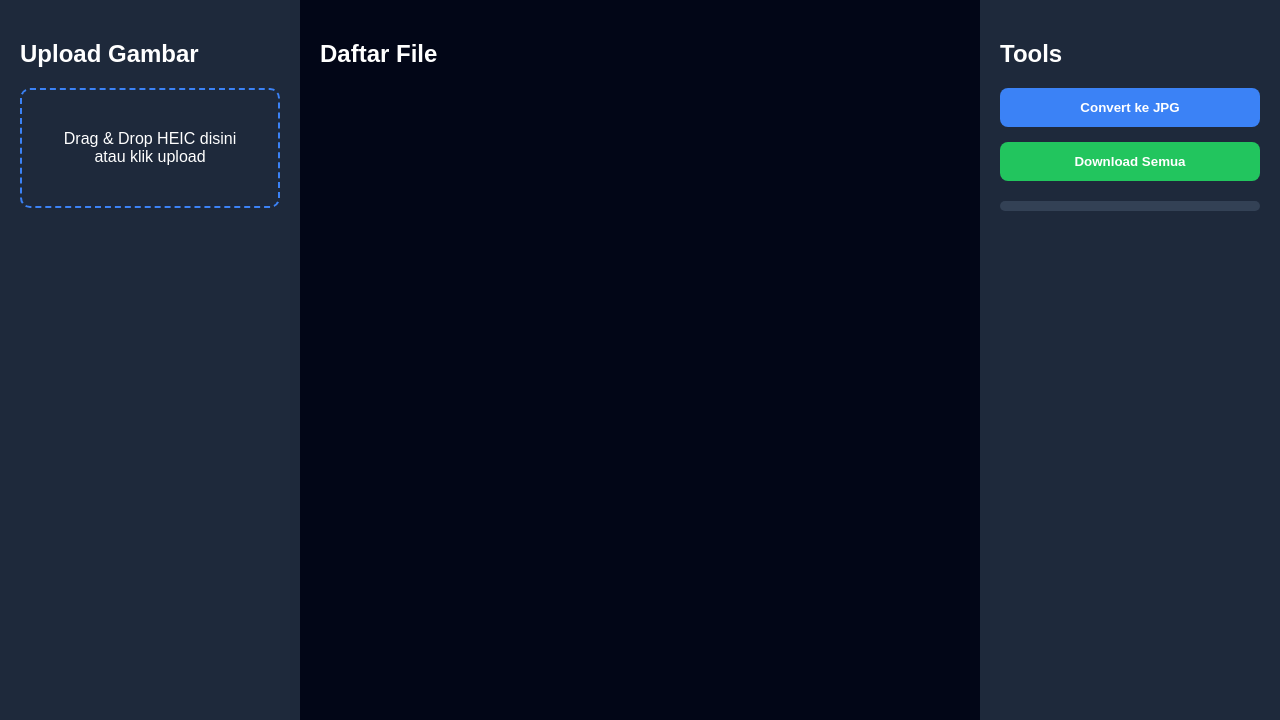
Repository: procinema22/hiisedulurfc
Page: hesedulur-main/convert-image.html
An editor plug-in stored every save of this project. The page is shown before and after the next save, followed by the edit.
The browser window is 1280 px wide. The pictures show the whole page.

Above is the page before, as saved 2026-04-23 23:28:57.

After the next save:
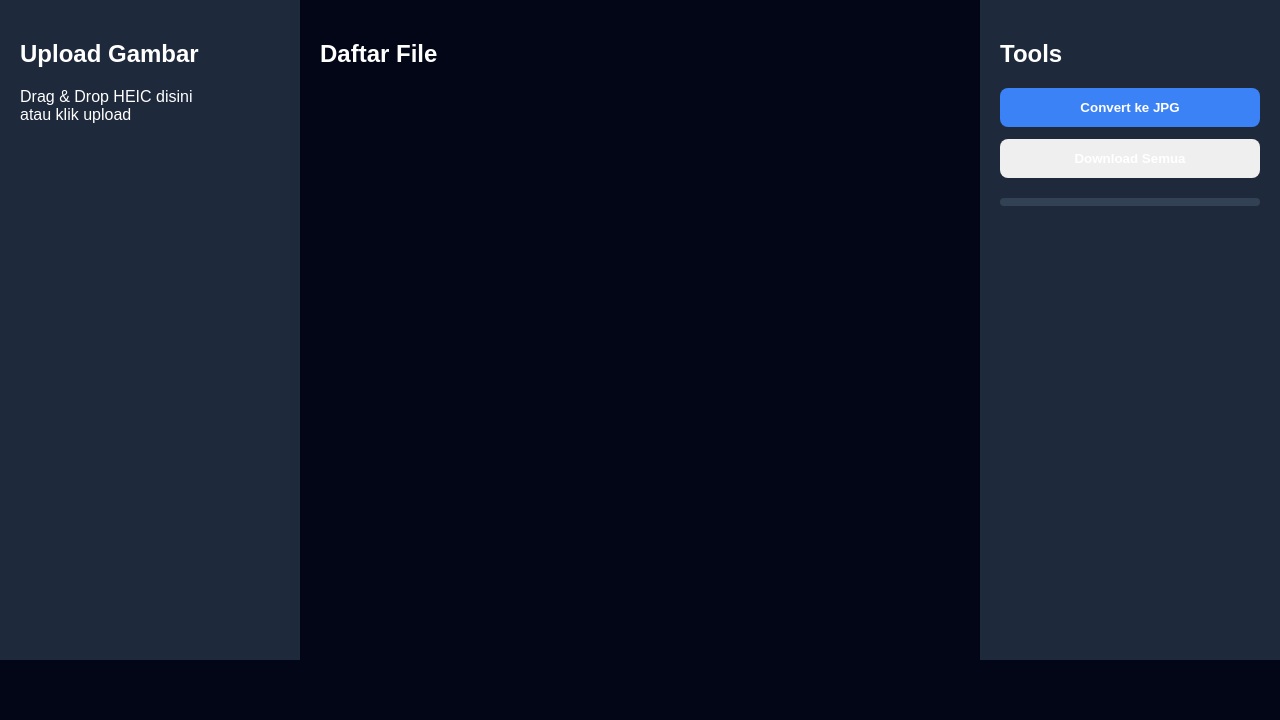
Saved 11 s later.
--- a/hesedulur-main/css/convert.css
+++ b/hesedulur-main/css/convert.css
@@ -1,20 +1,56 @@
 body{
     margin:0;
     font-family:Arial;
-    background:#0f172a;
+    background:#020617;
     color:white;
     }
 
+    /* NAVBAR */
+
+    .navbar{
+    display:flex;
+    justify-content:space-between;
+    align-items:center;
+    padding:10px 30px;
+    background:#020617;
+    border-bottom:1px solid #1e293b;
+    }
+
+    .navbar nav a{
+    color:white;
+    text-decoration:none;
+    margin-left:20px;
+    }
+
+
+    /* LAYOUT */
+
     .layout{
     display:flex;
-    height:100vh;
+    height:calc(100vh - 60px);
     }
+
+
+    /* LEFT PANEL */
 
     .left-panel{
     width:260px;
     background:#1e293b;
     padding:20px;
+    overflow:auto;
     }
+
+    .upload-box{
+    border:2px dashed #3b82f6;
+    padding:40px;
+    text-align:center;
+    border-radius:10px;
+    cursor:pointer;
+    margin-top:15px;
+    }
+
+
+    /* CENTER */
 
     .center-panel{
     flex:1;
@@ -23,24 +59,12 @@ body{
     overflow:auto;
     }
 
-    .right-panel{
-    width:260px;
-    background:#1e293b;
-    padding:20px;
-    }
 
-    .drop-area{
-    border:2px dashed #3b82f6;
-    padding:40px;
-    text-align:center;
-    border-radius:10px;
-    cursor:pointer;
-    margin-top:20px;
-    }
+    /* PREVIEW */
 
     .preview-list{
     display:grid;
-    grid-template-columns:repeat(auto-fill,150px);
+    grid-template-columns:repeat(auto-fill,140px);
     gap:20px;
     margin-top:20px;
     }
@@ -50,13 +74,26 @@ body{
     padding:10px;
     border-radius:8px;
     text-align:center;
+    font-size:12px;
     }
+
+
+    /* RIGHT PANEL */
+
+    .right-panel{
+    width:260px;
+    background:#1e293b;
+    padding:20px;
+    }
+
+
+    /* BUTTON */
 
     .btn{
     display:block;
     width:100%;
     padding:12px;
-    margin-top:15px;
+    margin-top:12px;
     border:none;
     border-radius:8px;
     cursor:pointer;
@@ -68,13 +105,20 @@ body{
     background:#3b82f6;
     }
 
-    .green{
-    background:#22c55e;
+    .purple{
+    background:#8b5cf6;
     }
+
+    .red{
+    background:#ef4444;
+    }
+
+
+    /* PROGRESS BAR */
 
     .progress{
     width:100%;
-    height:10px;
+    height:8px;
     background:#334155;
     border-radius:10px;
     margin-top:20px;
